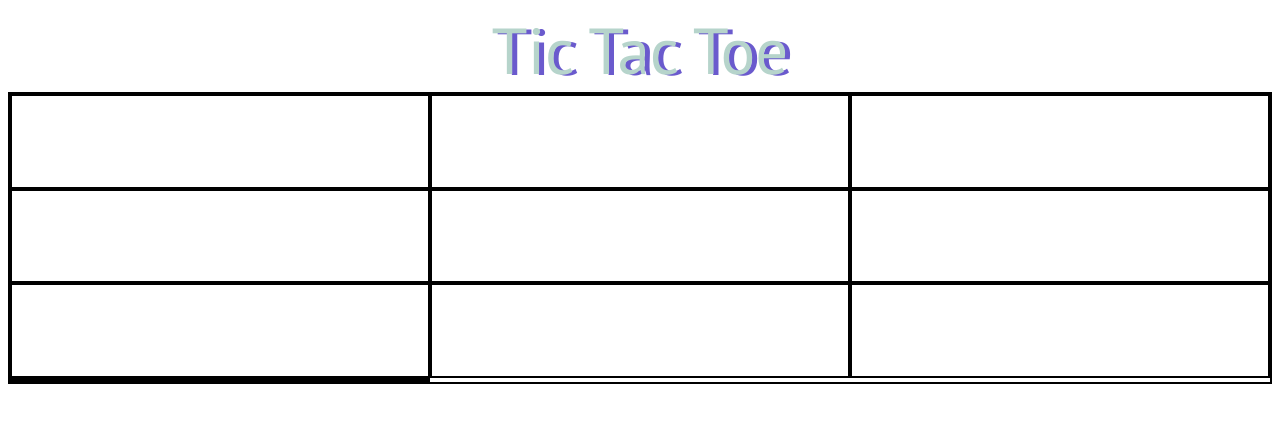
Repository: chin9/TicTacToe
Page: index.html
The author's editor kept a copy of each file at every save. The page is drawn from the files as they stood at one save, then again after the next save.
The browser window is 1280 px wide. The pictures show the whole page.

Above is the page before, as saved 2021-05-12 13:41:41.

After the next save:
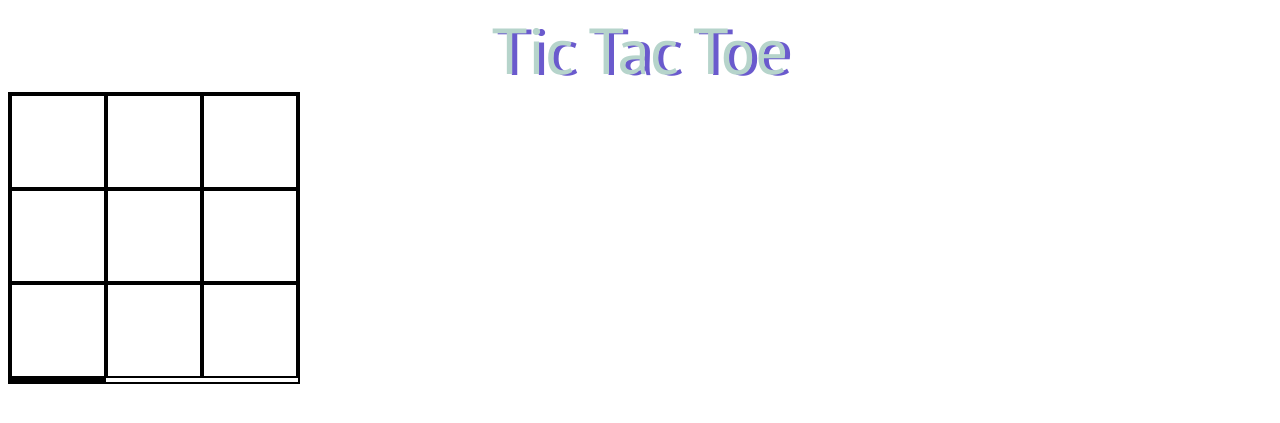
Saved 7 s later.
--- a/style.css
+++ b/style.css
@@ -11,6 +11,7 @@ header{
 
 .board{
     height: 40vh;
+    width: 40vh;
 
     display: grid;
 
